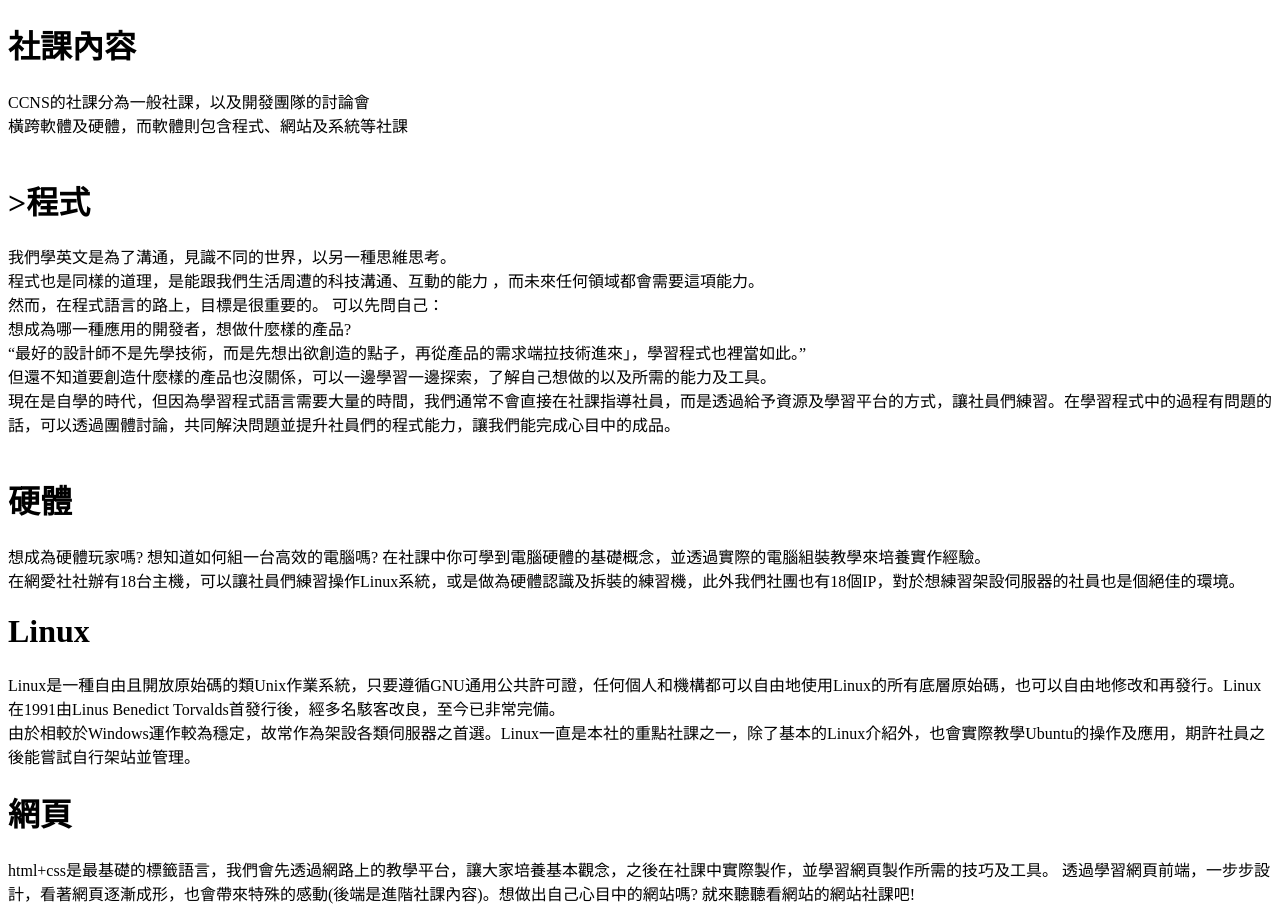
Repository: ccns/ccns_website
Page: classes.html
The author's editor kept a record of every edit. The page is drawn from the files as they stood at one moment, then again after the next edit.
The browser window is 1280 px wide. The pictures show the whole page.

Above is the page before.

### classes.html
<!DOCTYPE html>
<html>
<head>
	<div id="DivClubClassContent">
		<h1>社課內容</h1>
		<p>CCNS的社課分為一般社課，以及開發團隊的討論會
		<br>橫跨軟體及硬體，而軟體則包含程式、網站及系統等社課
		<br></p>

		<h1 style="margin-top:40px;" >>程式</h1>
		<p>我們學英文是為了溝通，見識不同的世界，以另一種思維思考。
		<br>程式也是同樣的道理，是能跟我們生活周遭的科技溝通、互動的能力 ，而未來任何領域都會需要這項能力。
		<br>然而，在程式語言的路上，目標是很重要的。 可以先問自己：
		<br>想成為哪一種應用的開發者，想做什麼樣的產品?
		<br>“最好的設計師不是先學技術，而是先想出欲創造的點子，再從產品的需求端拉技術進來」，學習程式也裡當如此。”
		<br>但還不知道要創造什麼樣的產品也沒關係，可以一邊學習一邊探索，了解自己想做的以及所需的能力及工具。
		<br>現在是自學的時代，但因為學習程式語言需要大量的時間，我們通常不會直接在社課指導社員，而是透過給予資源及學習平台的方式，讓社員們練習。在學習程式中的過程有問題的話，可以透過團體討論，共同解決問題並提升社員們的程式能力，讓我們能完成心目中的成品。
		<br></p>

		<h1 style="margin-top:40px;" >硬體</h1>
		<p>想成為硬體玩家嗎?  想知道如何組一台高效的電腦嗎?  在社課中你可學到電腦硬體的基礎概念，並透過實際的電腦組裝教學來培養實作經驗。
		<br>在網愛社社辦有18台主機，可以讓社員們練習操作Linux系統，或是做為硬體認識及拆裝的練習機，此外我們社團也有18個IP，對於想練習架設伺服器的社員也是個絕佳的環境。
		<br></p>

		<h1>Linux</h1>
		<p>Linux是一種自由且開放原始碼的類Unix作業系統，只要遵循GNU通用公共許可證，任何個人和機構都可以自由地使用Linux的所有底層原始碼，也可以自由地修改和再發行。Linux在1991由Linus Benedict Torvalds首發行後，經多名駭客改良，至今已非常完備。
		<br>由於相較於Windows運作較為穩定，故常作為架設各類伺服器之首選。Linux一直是本社的重點社課之一，除了基本的Linux介紹外，也會實際教學Ubuntu的操作及應用，期許社員之後能嘗試自行架站並管理。
		<br></p>

		<h1>網頁</h1>
		<p>html+css是最基礎的標籤語言，我們會先透過網路上的教學平台，讓大家培養基本觀念，之後在社課中實際製作，並學習網頁製作所需的技巧及工具。  透過學習網頁前端，一步步設計，看著網頁逐漸成形，也會帶來特殊的感動(後端是進階社課內容)。想做出自己心目中的網站嗎? 就來聽聽看網站的網站社課吧!
		<br></p>

	</div>

</head>
<body>
</body>
</html>

After the next edit:
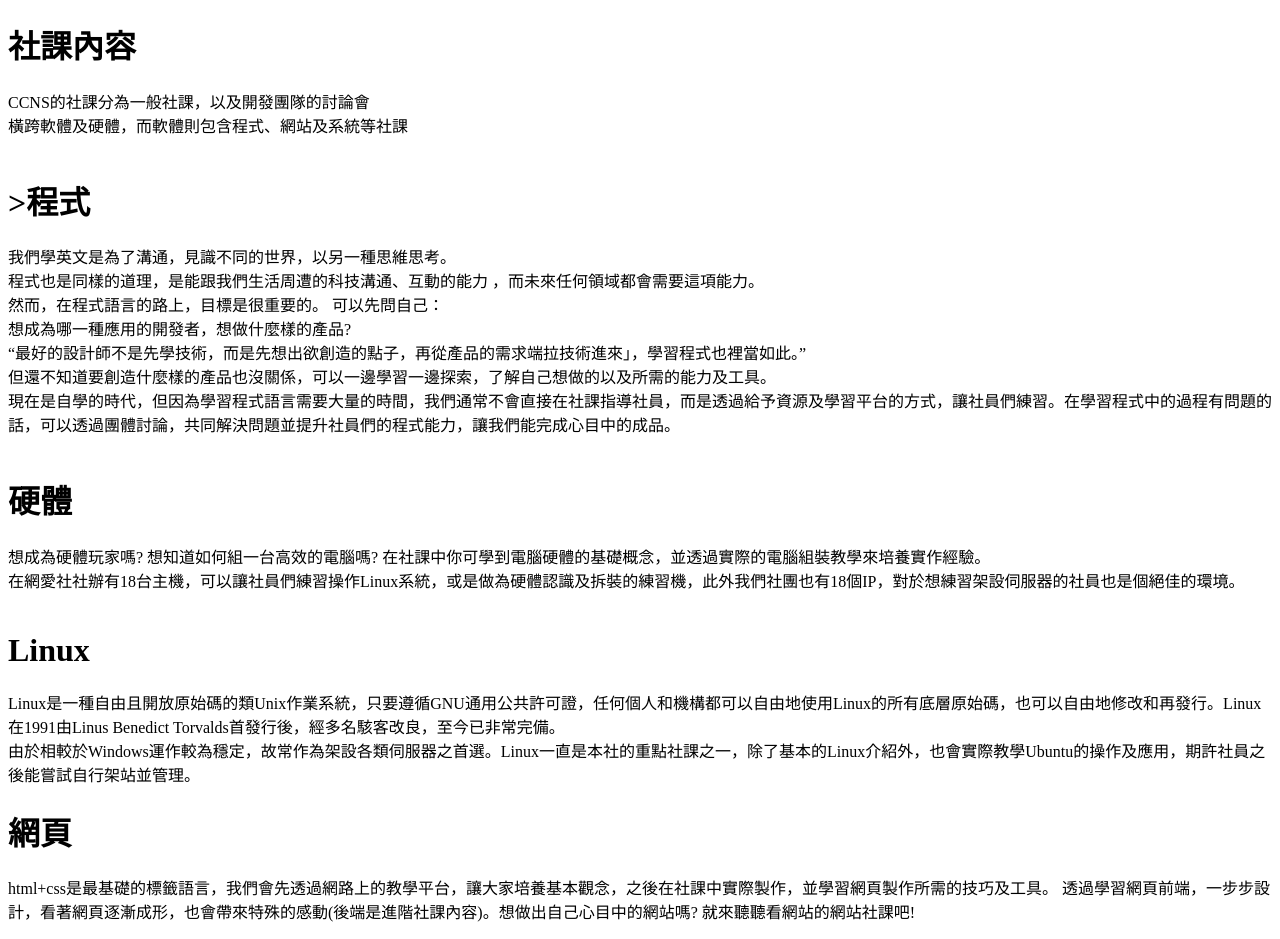
The edit:
--- a/classes.html
+++ b/classes.html
@@ -22,7 +22,7 @@
 		<br>在網愛社社辦有18台主機，可以讓社員們練習操作Linux系統，或是做為硬體認識及拆裝的練習機，此外我們社團也有18個IP，對於想練習架設伺服器的社員也是個絕佳的環境。
 		<br></p>
 
-		<h1>Linux</h1>
+		<h1 style="margin-top:40px;" >Linux</h1>
 		<p>Linux是一種自由且開放原始碼的類Unix作業系統，只要遵循GNU通用公共許可證，任何個人和機構都可以自由地使用Linux的所有底層原始碼，也可以自由地修改和再發行。Linux在1991由Linus Benedict Torvalds首發行後，經多名駭客改良，至今已非常完備。
 		<br>由於相較於Windows運作較為穩定，故常作為架設各類伺服器之首選。Linux一直是本社的重點社課之一，除了基本的Linux介紹外，也會實際教學Ubuntu的操作及應用，期許社員之後能嘗試自行架站並管理。
 		<br></p>
